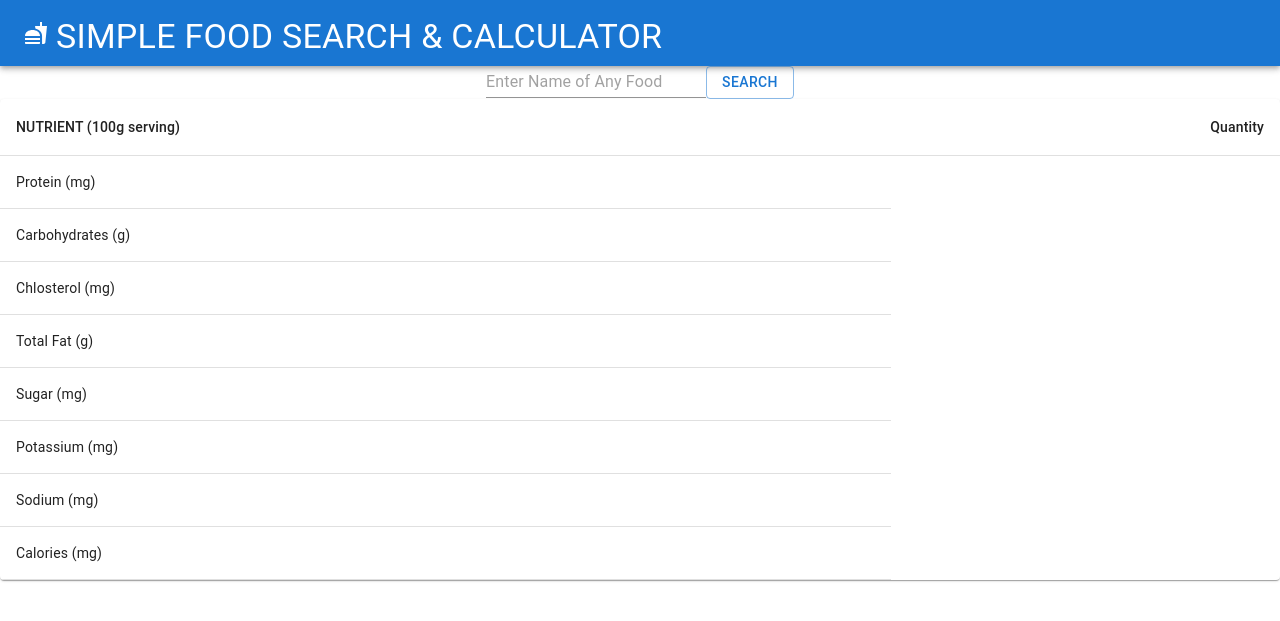
Repository: Mikerr21/Diet-Nutrition-API
Page: /
The author's editor kept a copy of each file at every save. The page is drawn from the files as they stood at one save, then again after the next save.
The browser window is 1280 px wide. The pictures show the whole page.
The project was rebuilt for these pictures with package versions that can differ from the ones it lists, and the page was loaded fresh each time.

Above is the page before, as saved 2022-09-21 15:45:34.

### src/App.js
import React from "react";
import { useState } from "react";
import axios from "axios";
import AppBar from "@mui/material/AppBar";
import Box from "@mui/material/Box";
import Toolbar from "@mui/material/Toolbar";
import Typography from "@mui/material/Typography";
import IconButton from "@mui/material/IconButton";
import FastfoodIcon from "@mui/icons-material/Fastfood";
import { CssBaseline } from "@mui/material";
import { FastForward } from "@mui/icons-material";
import TextField from "@mui/material/TextField";
import Grid from "@mui/material/Grid";
import Button from "@mui/material/Button";
import { Input } from '@mui/material';
import Table from '@mui/material/Table';
import TableBody from '@mui/material/TableBody';
import TableCell from '@mui/material/TableCell';
import TableContainer from '@mui/material/TableContainer';
import TableHead from '@mui/material/TableHead';
import TableRow from '@mui/material/TableRow';
import Paper from '@mui/material/Paper';




/**
	 *
	 *
	 * Fetch nutrient information of a given food
	 */


function App() {
  const [name, setName] = useState('');
	const [res, setRes] = useState(null);
  const fetchNutrients = async e => {
    e.preventDefault();
    try {
      const res = await axios.get(`/api/nutrient`, {
        params: {
          name
        }
      });
      setRes(res.data.items[0]);
    } catch (err) {
      console.log(err);
    }
  };



  return (
    <div className="App">
      <CssBaseline />
      <AppBar position="static">
        <Toolbar variant="dense" color="black">
          <FastfoodIcon />
          <Box m={1} pt={1}>
            <Typography
              variant="h4"
              color="white"
              align="center"
              component="div"
            >
              SIMPLE FOOD SEARCH & CALCULATOR
            </Typography>
          </Box>
        </Toolbar>
      </AppBar>
      <Box
        display="flex"
        justifyContent="center"
        alignItems="center"
        minHeight="3vh"
      >

        <Input placeholder="Enter Name of Any Food" onChange={e => setName(e.target.value)}></Input>
        <Button
          onClick={fetchNutrients}
          sx={{
            height: 33,
          }}
          variant="outlined"
        >
          Search
        </Button>
      </Box>

    <Box
        display="flex"
        justifyContent="center"
        alignItems="center"
        minHeight="10vh"

      >
        <TableContainer component={Paper}>
      <Table sx={{ minWidth: 650 }} aria-label="simple table">
        <TableHead>
          <TableRow>
            <TableCell>NUTRIENT (100g serving)</TableCell>
            <TableCell align="right">Quantity</TableCell>
          </TableRow>
        </TableHead>
        <TableBody>
        <TableRow>
									<TableCell>
										Protein (mg)
									</TableCell>
								</TableRow>
                <TableRow>
									<TableCell>
										Carbohydrates (g)
									</TableCell>
								</TableRow>
                <TableRow>
									<TableCell>
										Chlosterol (mg)
									</TableCell>
								</TableRow>
                <TableRow>
									<TableCell>
										Total Fat (g)
									</TableCell>
								</TableRow>
                <TableRow>
									<TableCell>
										Sugar (mg)
									</TableCell>
								</TableRow>
                <TableRow>
									<TableCell>
										Potassium (mg)
									</TableCell>
								</TableRow>
                <TableRow>
									<TableCell>
										Sodium (mg)
									</TableCell>
								</TableRow>
        <TableRow>
									<TableCell>
										Calories (mg)
									</TableCell>
								</TableRow>
        </TableBody>
      </Table>
    </TableContainer>
      </Box>
    </div>
  );
}

export default App;

Loaded but not shown: public/index.html (common file); src/index.js (common file)

After the next save:
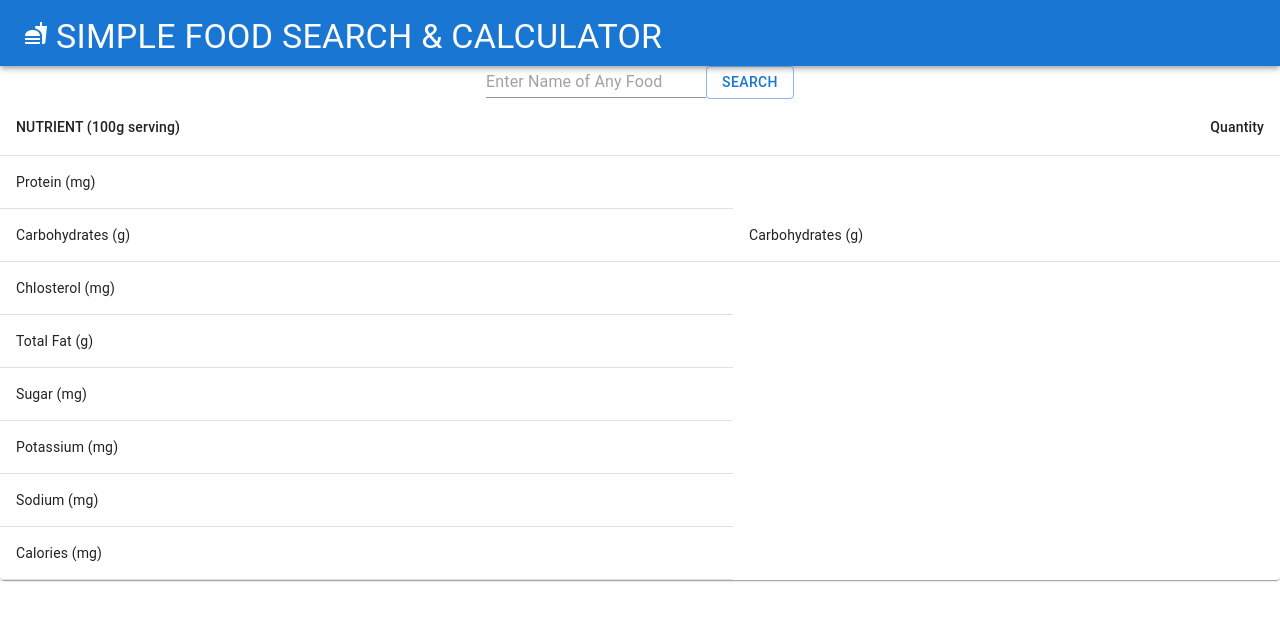
Saved 21 s later.
--- a/src/App.js
+++ b/src/App.js
@@ -112,6 +112,9 @@ function App() {
 									<TableCell>
 										Carbohydrates (g)
 									</TableCell>
+                  <TableCell>
+										Carbohydrates (g)
+									</TableCell>
 								</TableRow>
                 <TableRow>
 									<TableCell>
